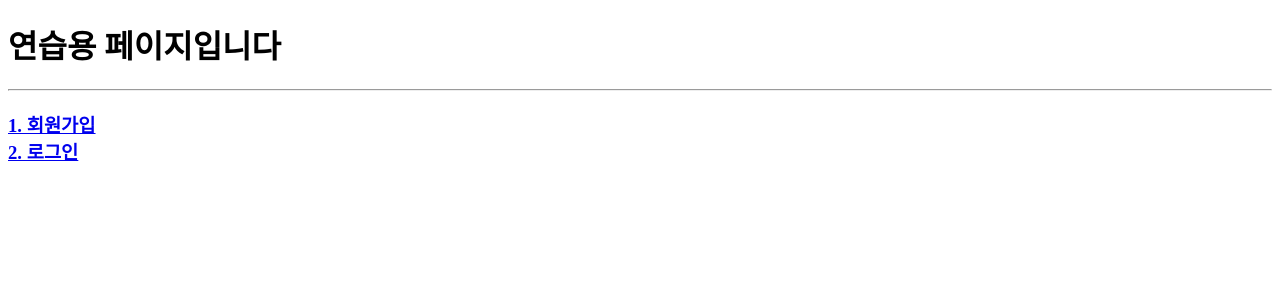
Repository: loseminho/khAcademy-Study
Page: http://localhost/02_SpringMVC_CRUD_TEST/
These files come from the project's save history. The page is drawn as it stood at one moment and after the next save; the edit follows.
The browser window is 1280 px wide. The pictures show the whole page.
The page is served by Tomcat 9.

Above is the page before, as saved 2022-09-30 08:50:18.

After the next save:
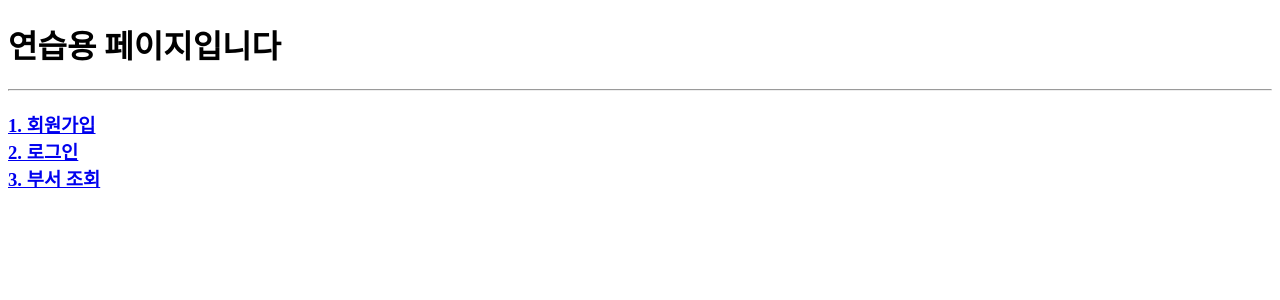
Saved 6 s later.
--- a/spring/workspace-sts-3.9.13.RELEASE/02_SpringMVC_CRUD_TEST/src/main/webapp/index.jsp
+++ b/spring/workspace-sts-3.9.13.RELEASE/02_SpringMVC_CRUD_TEST/src/main/webapp/index.jsp
@@ -12,6 +12,7 @@
 	<h3>
 		<a href="/">1. 회원가입</a><br>
 		<a href="/">2. 로그인</a><br>
+		<a href="/">3. 부서 조회</a><br>
 
 	</h3>
 </body>
